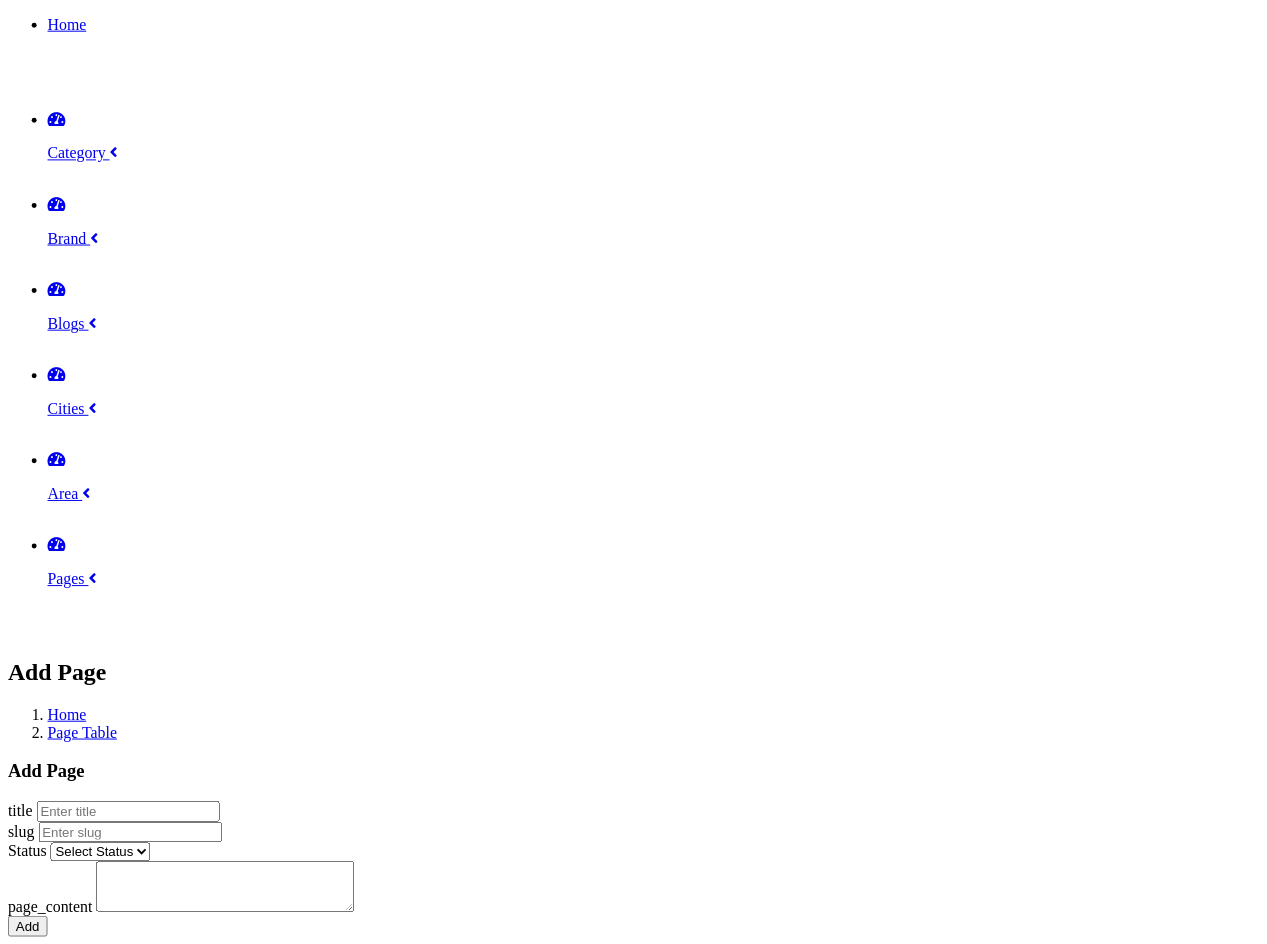
Repository: samiraelshon123/LP_Project
Page: http://localhost/admin/Page/create
An editor plug-in stored every save of this project. The page is shown before and after a run of saves, followed by the edit.
The browser window is 1280 px wide. The pictures show the whole page, at 99% of full size.
Some web fonts or font styles are not loaded; a fallback is used. The page is served by the project's Laravel application, run on PHP 8.4 with Laravel 9. A made-up administrator, Test User (test@example.com), is signed in. Other server files are loaded and not shown.

Above is the page before, as saved 2023-05-29 22:57:36.

### routes/web.php
<?php

use App\Http\Controllers\admin\AreaController;
use Illuminate\Support\Facades\Route;
use App\Http\Controllers\admin\CategoryController;
use App\Http\Controllers\admin\BrandController;
use App\Http\Controllers\admin\BlogController;
use App\Http\Controllers\admin\CityController;
use App\Http\Controllers\admin\PageController;
use App\Http\Controllers\admin\SocialMediaController;
use App\Http\Controllers\auth\RegisterController;
use App\Http\Controllers\auth\LoginController;
use App\Http\Controllers\auth\LogoutController;
use App\Http\Controllers\auth\AdminLoginController;

////////////

//user

use App\Http\Controllers\User\UserController;

/*
|--------------------------------------------------------------------------
| Web Routes
|--------------------------------------------------------------------------
|
| Here is where you can register web routes for your application. These
| routes are loaded by the RouteServiceProvider within a group which
| contains the "web" middleware group. Now create something great!
|
*/

Route::group(['prefix' => 'admin','middleware' => ['auth:admin']], function() {
        //admin
        Route::get('/', function(){
            return view('admin.dashboard');
        })->name('admin');

    // brand
    Route::resource('category', CategoryController::class);

    Route::resource('city', CityController::class);

    Route::resource('Area', AreaController::class);

    Route::resource('Page', PageController::class);




    // governorate
    Route::resource('brand', BrandController::class);

    //blog
     Route::resource('blog',BlogController::class);



});

//////////////////////////////////


Route::group(['middleware' => ['auth']], function() {
    Route::get('/', [UserController::class, 'home'])->name('user.home');
    Route::get('categories', [UserController::class, 'categories'])->name('user.categories');
    Route::get('about_us', [UserController::class, 'about_us'])->name('user.about_us');
    Route::get('change_location', [UserController::class, 'change_location'])->name('user.change_location');
    Route::get('contact_us', [UserController::class, 'contact_us'])->name('user.contact_us');
    Route::get('faq', [UserController::class, 'faq'])->name('user.faq');
    Route::get('privacy', [UserController::class, 'privacy'])->name('user.privacy');
    Route::get('terms_of_use', [UserController::class, 'terms_of_use'])->name('user.terms_of_use');
    Route::get('service_details', [UserController::class, 'service_details'])->name('user.service_details');
    Route::get('services_by_category', [UserController::class, 'services_by_category'])->name('user.services_by_category');




});

//////////////////////////////////

//authentication

Route::get('/register', [RegisterController::class, 'register'])->name('register');
Route::post('/register', [RegisterController::class, 'registerUser'])->name('registerUser');


Route::get('/login', [LoginController::class, 'login'])->name('login');
Route::post('/login', [LoginController::class, 'loginUser'])->name('loginUser');


Route::get('/logout', [LogoutController::class, 'logout']);

Route::get('/adminlogin', [AdminLoginController::class, 'loginPage']);
Route::post('/adminlogin', [AdminLoginController::class, 'loginAdmin'])->name('adminlogin');

### app/Models/User.php
<?php

namespace App\Models;

use Illuminate\Contracts\Auth\MustVerifyEmail;
use Illuminate\Database\Eloquent\Factories\HasFactory;
use Illuminate\Foundation\Auth\User as Authenticatable;
use Illuminate\Notifications\Notifiable;
use Laravel\Sanctum\HasApiTokens;

class User extends Authenticatable
{
    use HasApiTokens, HasFactory, Notifiable;

    /**
     * The attributes that are mass assignable.
     *
     * @var array<int, string>
     */
    protected $fillable = [
        'name',
        'phone',
        'email',
        'username',
        'password',
        'user_type'
    ];

    /**
     * The attributes that should be hidden for serialization.
     *
     * @var array<int, string>
     */
    protected $hidden = [
        'password',
        'remember_token',
    ];

    /**
     * The attributes that should be cast.
     *
     * @var array<string, string>
     */
    protected $casts = [
        'email_verified_at' => 'datetime',
    ];
     public function order(){
         return $this->belongsToMany(User::class, 'ord_users', 'user_id', 'order_id');
     }
}

### app/Models/Admin.php
<?php

namespace App\Models;

use Illuminate\Contracts\Auth\MustVerifyEmail;
use Illuminate\Database\Eloquent\Factories\HasFactory;
use Illuminate\Foundation\Auth\User as Authenticatable;
use Illuminate\Notifications\Notifiable;
use Laravel\Sanctum\HasApiTokens;

class Admin extends Authenticatable
{
    use HasApiTokens, HasFactory, Notifiable;
    public $table = 'admins';
    /**
     * The attributes that are mass assignable.
     *
     * @var array<int, string>
     */
    protected $fillable = [
        'name',
        'username',
        'role',
        'image',
        'description',
        'designation',
        'email',
        'password',
    ];

    /**
     * The attributes that should be hidden for serialization.
     *
     * @var array<int, string>
     */
    protected $hidden = [
        'password',
        'remember_token',
    ];

    /**
     * The attributes that should be cast.
     *
     * @var array<string, string>
     */
    protected $casts = [
        'email_verified_at' => 'datetime',
    ];
}

### app/Http/Controllers/admin/PageController.php
<?php

namespace App\Http\Controllers\admin;

use App\Http\Controllers\Controller;
use App\Models\Page;
use Illuminate\Http\Request;

class PageController extends Controller
{
    public function __construct()
    {
        $this->middleware('auth:admin');
    }

    public function index(){
        $pages = Page::all();

        return view('admin.pages.index', compact('pages'));

    }
    public function create(){
        return view('admin.pages.create');
    }
    public function store(Request $request)
    {
        $data = $request->validate([
            'title' => 'required|string',
            'slug' => 'required|string',
            'page_content' => 'required|string',
            'status' => 'required|string',

        ]);


        Page::create($data);
            session()->flash('add_message', 'Page has been added');

        return  redirect('admin/Page');
    }

    public function edit($id){

        $Page = Page::find($id);

        return view('admin.pages.edit', compact('Page'));
    }
    public function update(Request $request, $id){
        $data = $request->validate([
            'title' => 'required|string',
            'slug' => 'required|string',
            'page_content' => 'required|string',
             'status' => 'required|string',

        ]);
        $Page = Page::find($id);

        $Page->update($data);
        session()->flash('edit_message', 'Page has been updated');
        return  redirect('admin/Page');

    }
    public function destroy($id){
        $Page = Page::find($id);
        $Page->delete();
        session()->flash('delete_message', 'Page has been deleted');
        return  redirect('admin/Page');
    }
}

### resources/views/admin/pages/create.blade.php
@extends('layouts.admin')
@section('content')

  <div class="content-wrapper" style="margin-left: 0px;">
    <section class="content-header">
      <div class="container-fluid">
        <div class="row mb-2">
          <div class="col-sm-6">
            <h1>Add Page</h1>
          </div>
          <div class="col-sm-6">
            <ol class="breadcrumb float-sm-right">
              <li class="breadcrumb-item"><a href="{{route('admin')}}">Home</a></li>
              <li class="breadcrumb-item active"><a href="{{route('Page.index')}}">Page Table</a></li>
            </ol>
          </div>
        </div>
      </div>
    </section>

    <section class="content">
      <div class="container-fluid">
        <div class="row">



<div class="card card-primary" style="width: 100%;">
    @if ($errors->any())
            <div class="alert alert-danger">
                <ul>
                    @foreach ($errors->all() as $error)
                        <li>{{ $error }}</li>
                    @endforeach
                </ul>
            </div>
    @endif
    <div class="card-header">
        <h3 class="card-title">Add Page</h3>
    </div>

    <form action="{{route('Page.store')}}" method="POST" enctype="multipart/form-data">
        @csrf


        <div class="card-body">
          <div class="row">
            <div class="form-group col-6">
                <label for="exampleInputEmail1">title</label>
                <input type="text" class="form-control" id="exampleInputEmail1"  value="{{old('title')}}" name="title" placeholder="Enter title">
            </div>

            <div class="form-group col-6">
                <label for="exampleInputEmail1">slug</label>
                <input type="text" class="form-control" id="slug" value="{{old('slug')}}" name="slug" placeholder="Enter slug">
            </div>
            <div class="form-group col-6">
                <label for="exampleInputEmail1">Status</label>
                <select name="status" id="" class="form-control">
                <option value="" disabled selected>Select Status</option>

                  <option value="1">Active</option>
                  <option value="0">InActive</option>

                </select>
              </div>
              <div class="form-group col-6">
                <label for="exampleInputEmail1">page_content</label>
                <textarea id="" cols="30" rows="3" class="form-control" name="page_content" >{{old('page_content')}}</textarea>
              </div>



            </div>

        </div>
        <div class="card-footer">
            <button type="submit" class="btn btn-primary">Add</button>
        </div>
    </form>
</div>
        </div>

      </div>
    </section>
  </div>
@endsection

### resources/views/layouts/admin.blade.php


  @include('includes.header')

  @include('includes.main_sidebar')

  <div class="content-wrapper">

    @yield('content')
  </div>


</div>

### resources/views/includes/header.blade.php

<!DOCTYPE html>
<html lang="en">
<head>
  <meta charset="utf-8">
  <meta name="viewport" content="width=device-width, initial-scale=1">
  <title>LP Dashboard</title>

  <link rel="stylesheet" href="{{asset('https://fonts.googleapis.com/css?family=Source+Sans+Pro:300,400,400i,700&display=fallback')}}">
  <link rel="stylesheet" href="{{asset('plugins/fontawesome-free/css/all.min.css')}}">
  <link rel="stylesheet" href="{{asset('dist/css/adminlte.min.css')}}">
</head>
<body class="hold-transition sidebar-mini layout-fixed">
<div class="wrapper">


  <nav class="main-header navbar navbar-expand navbar-white navbar-light">
    <ul class="navbar-nav">

      <li class="nav-item d-none d-sm-inline-block">
        <a href="{{route('admin')}}" class="nav-link">Home</a>
      </li>

    </ul>
  </nav>

### resources/views/includes/main_sidebar.blade.php

<aside class="main-sidebar sidebar-dark-primary elevation-4">

    <div class="sidebar">
      <div class="user-panel mt-3 pb-3 mb-3 d-flex">
        <div class="image">
        </div>
        <div class="info">
        <h5 style="color:white;" class="d-block">LP Dashboard</h5>
        </div>
      </div>



      <!-- Sidebar Menu -->
      <nav class="mt-2">
        <ul class="nav nav-pills nav-sidebar flex-column" data-widget="treeview" role="menu" data-accordion="false">

          <br>
              <li class="nav-item menu-open">
                <a href="{{route('category.index')}}" class="nav-link active">
                  <i class="nav-icon fas fa-tachometer-alt"></i>
                  <p>
                  Category
                    <i class="right fas fa-angle-left"></i>
                  </p>
                </a>
              </li>
              <br>
              <li class="nav-item menu-open">
                <a href="{{route('brand.index')}}" class="nav-link active">
                  <i class="nav-icon fas fa-tachometer-alt"></i>
                  <p>
                  Brand
                    <i class="right fas fa-angle-left"></i>
                  </p>
                </a>
              </li>
              <br>

              <li class="nav-item menu-open">
                <a href="{{route('blog.index')}}" class="nav-link active">
                  <i class="nav-icon fas fa-tachometer-alt"></i>
                  <p>
                  Blogs
                    <i class="right fas fa-angle-left"></i>
                  </p>
                </a>
              </li><br>
              <li class="nav-item menu-open">
                <a href="{{route('city.index')}}" class="nav-link active">
                  <i class="nav-icon fas fa-tachometer-alt"></i>
                  <p>
                  Cities
                    <i class="right fas fa-angle-left"></i>
                  </p>
                </a>
              </li><br>
              <li class="nav-item menu-open">
                <a href="{{route('Area.index')}}" class="nav-link active">
                  <i class="nav-icon fas fa-tachometer-alt"></i>
                  <p>
                  Area
                    <i class="right fas fa-angle-left"></i>
                  </p>
                </a>
              </li><br>
              <li class="nav-item menu-open">
                <a href="{{route('Page.index')}}" class="nav-link active">
                  <i class="nav-icon fas fa-tachometer-alt"></i>
                  <p>
                  Pages
                    <i class="right fas fa-angle-left"></i>
                  </p>
                </a>
              </li>
              <br>

              <br>



        </ul>
      </nav>
      <!-- /.sidebar-menu -->
    </div>
    <!-- /.sidebar -->
  </aside>

Loaded but not shown: app/Http/Controllers/Controller.php (common file); public/plugins/fontawesome-free/css/all.min.css (library); lang/en.json (common file)

After the next 2 saves:
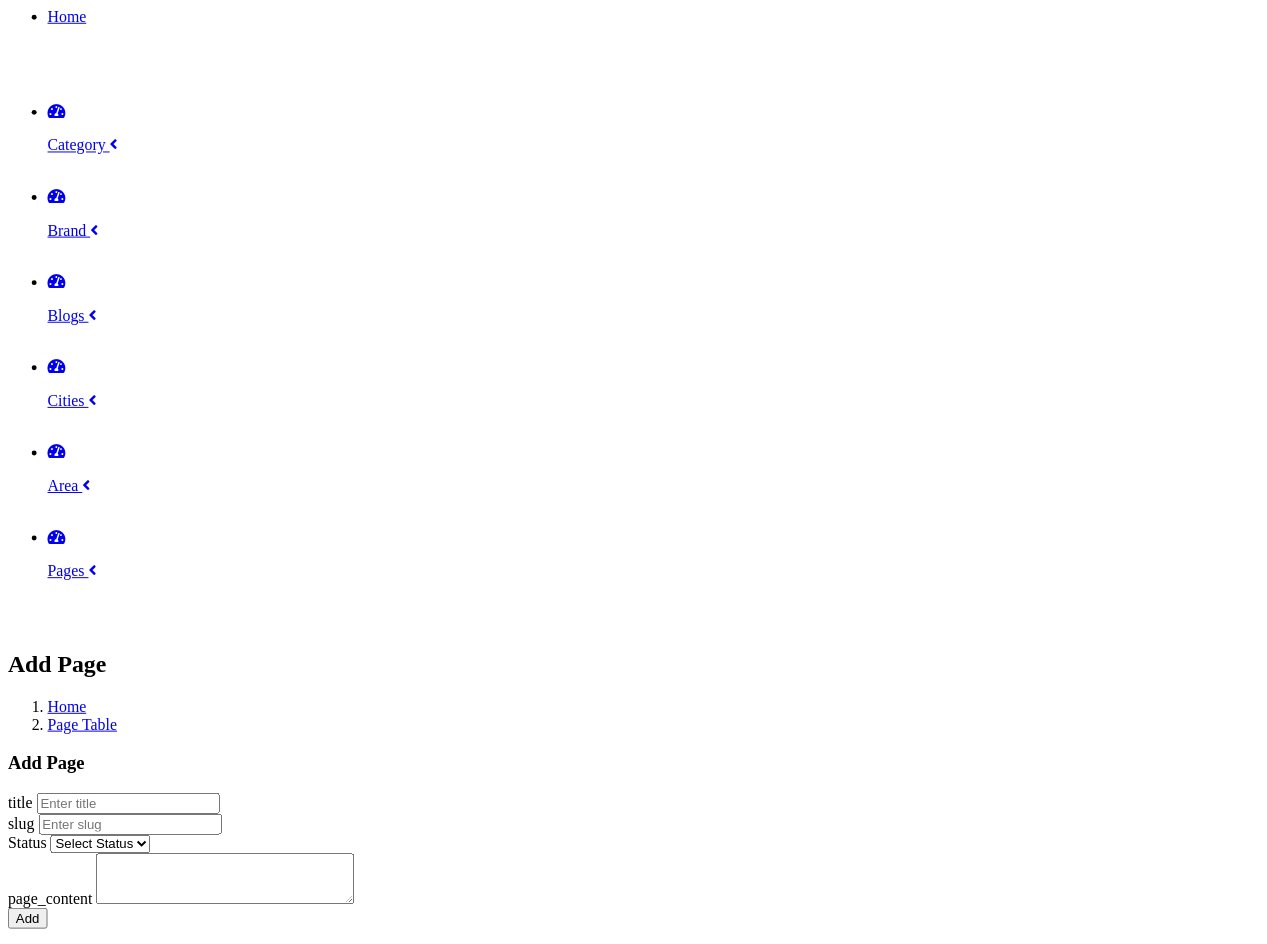
Console error: ReferenceError: $ is not defined
The 2 saves are shown as one change because they came seconds apart.
The last was saved 2 min 40 s later.
--- a/resources/views/admin/pages/create.blade.php
+++ b/resources/views/admin/pages/create.blade.php
@@ -84,3 +84,12 @@
     </section>
   </div>
 @endsection
+
+<script>
+   $('#summernote').summernote({
+     toolbar: [
+         ...
+         ['style', ['bold', 'italic', 'underline', 'add-text-tags', 'clear']]
+     ]
+ });
+</script>
